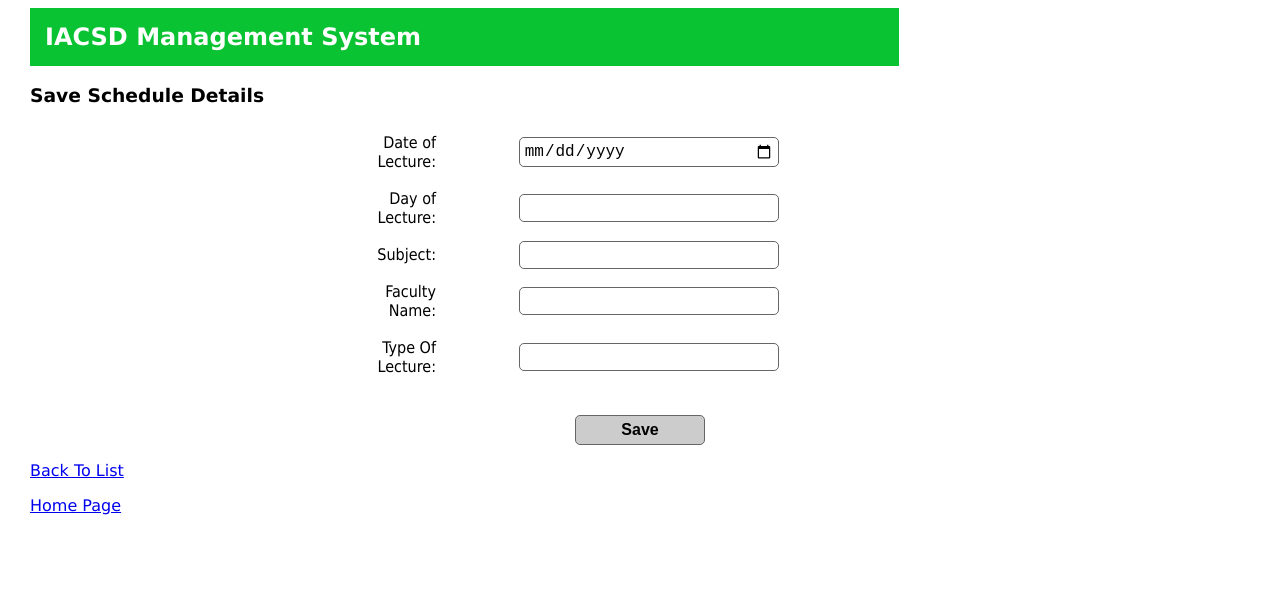
Repository: vsc8791/IMS
Page: http://localhost/web-customer-tracker/WEB-INF/view/schedule-form.jsp
An editor plug-in stored every save of this project. The page is shown before and after the next save, followed by the edit.
The browser window is 1280 px wide. The pictures show the whole page.
The page is served by Tomcat 9. Nobody is signed in. The template is opened directly, without the code that normally fills it, so the values that code supplies are empty.

Above is the page before, as saved 2018-07-28 05:25:46.

After the next save:
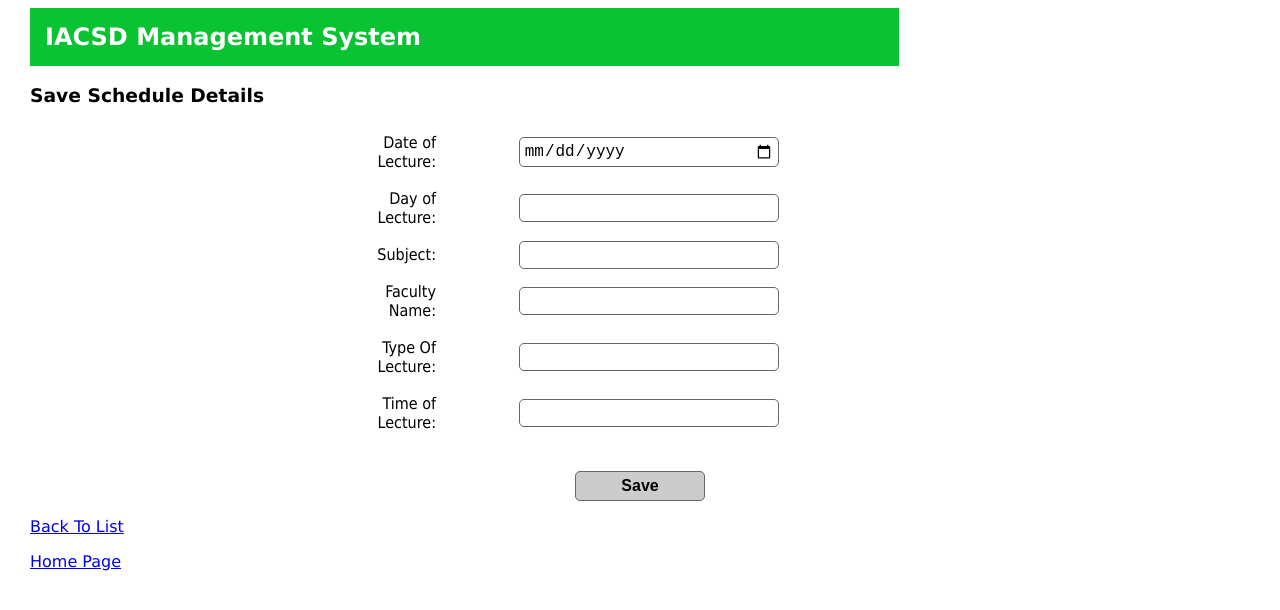
Saved 85 s later.
--- a/web-customer-tracker/WebContent/WEB-INF/view/schedule-form.jsp
+++ b/web-customer-tracker/WebContent/WEB-INF/view/schedule-form.jsp
@@ -46,7 +46,10 @@
 						<td><label>Type Of Lecture:</label></td>
 						<td><form:input path="type_of_lec" /></td>
 					</tr>
-
+					<tr>
+						<td><label>Time of Lecture:</label></td>
+						<td><form:input path="compulsary" /></td>
+					</tr>
 
 
 				</tbody>
